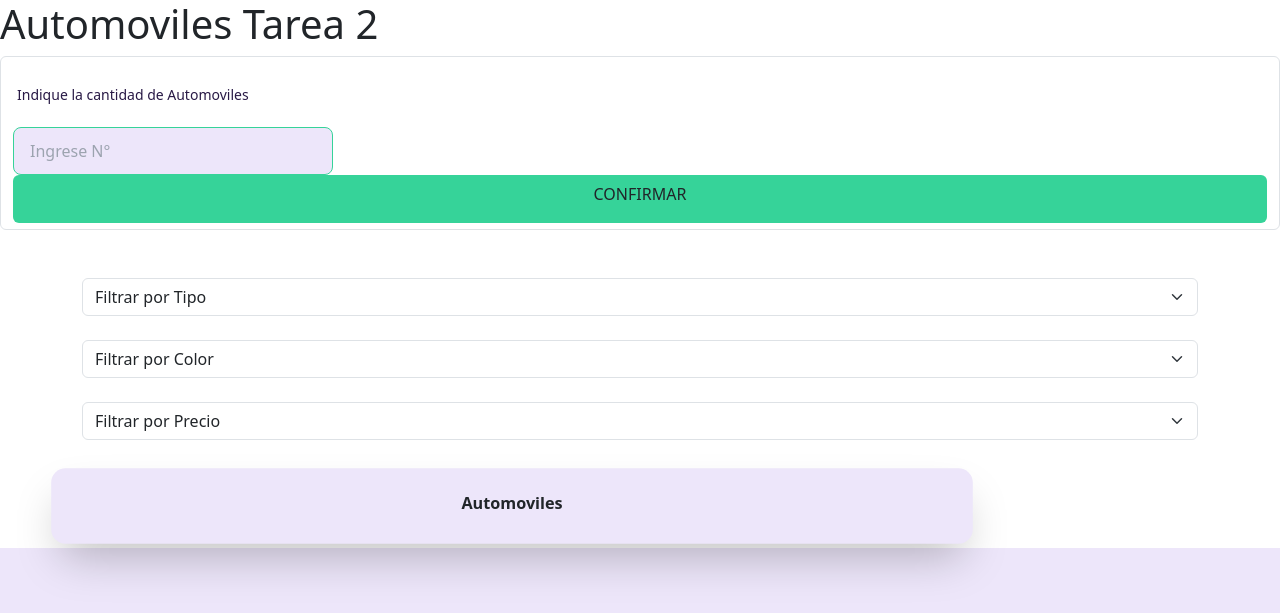
Repository: Claudioxs/Tarea2
Page: /automovil (app in FrontEnd/vue-project/)
An editor plug-in stored every save of this project. The page is shown before and after the next save, followed by the edit.
The browser window is 1280 px wide. The pictures show the whole page.
The project was rebuilt for these pictures with package versions that can differ from the ones it lists, and the page was loaded fresh each time. Also part of the build but not shown: FrontEnd/vue-project/vite.config.js, FrontEnd/vue-project/src/components/HelloWorld.vue.

Above is the page before, as saved 2023-05-23 00:01:47.

After the next save:
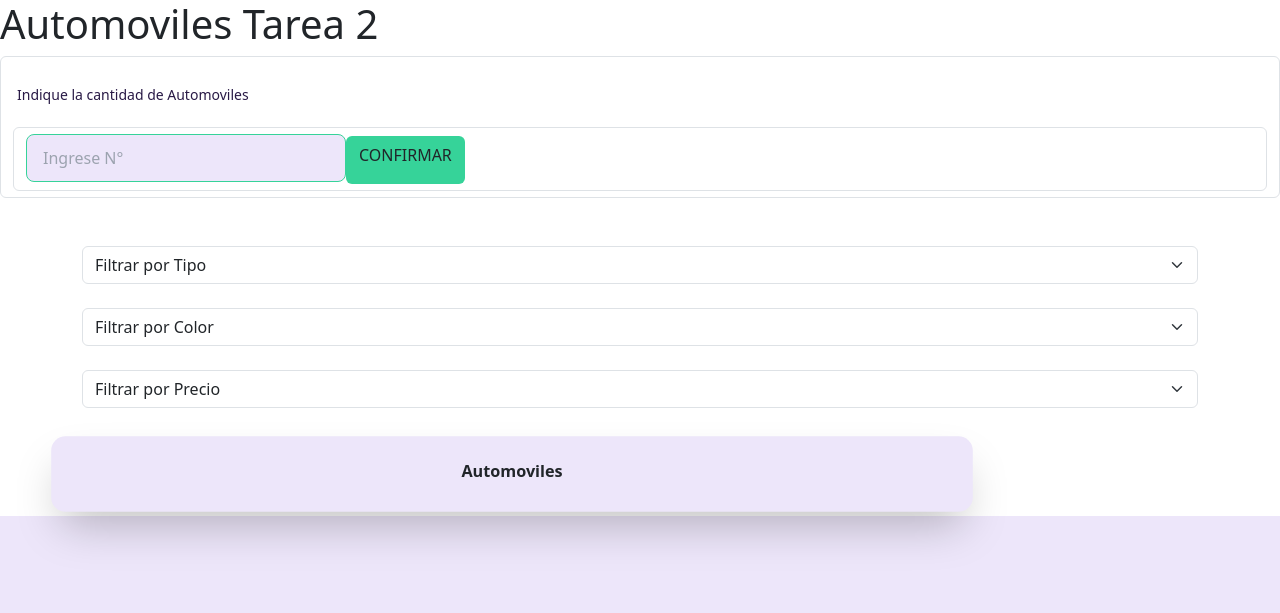
Saved 46 s later.
--- a/FrontEnd/vue-project/src/views/Automovil.vue
+++ b/FrontEnd/vue-project/src/views/Automovil.vue
@@ -11,9 +11,11 @@
 
   </label>
  <div class="flex flex-col"  >
+  <div class="form-control w-52">
   <input type="number" placeholder="Ingrese N°" class="input input-bordered input-success w-full max-w-xs" />
     <label for="Modal"  @click="crearAutomovil(label-text)" class="btn " style="background-color: #36D399">Confirmar</label>
   </div>
+</div>
 </div>
 <br><br>
 <div class="container">
